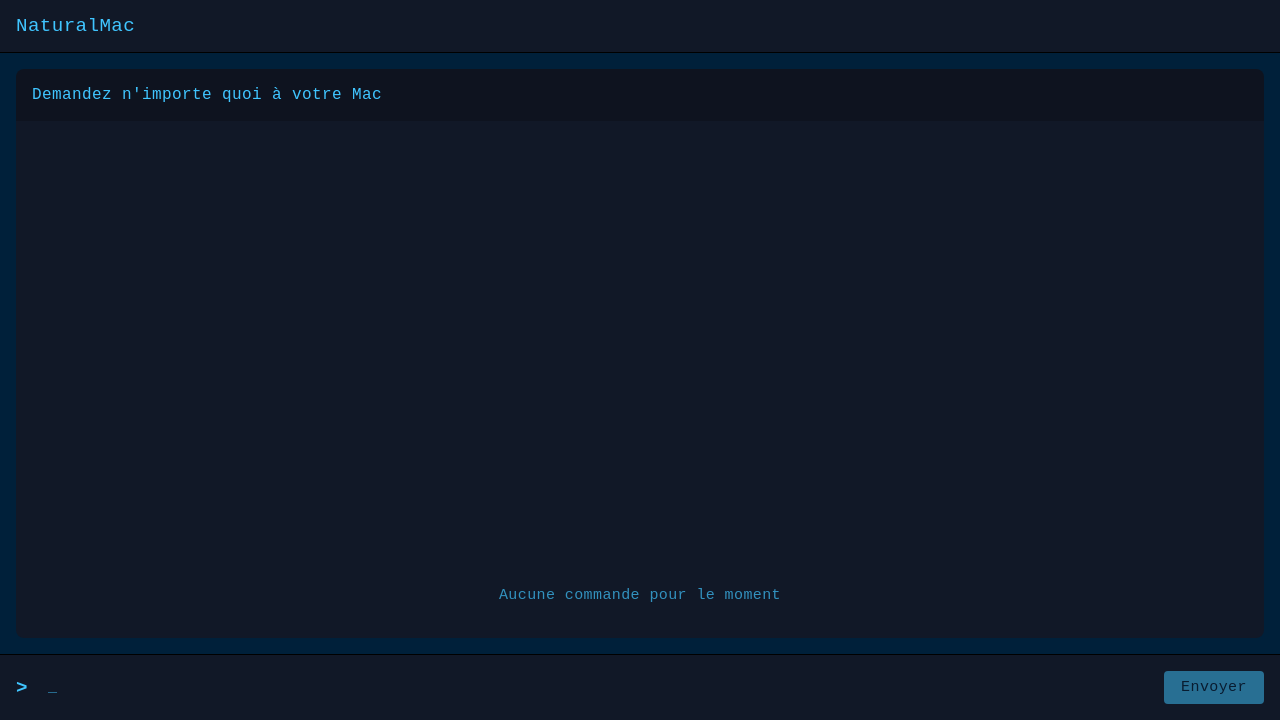
Repository: flobutbut/NaturalMac
Page: /
These files come from the project's save history. The page is drawn as it stood at one moment and after a run of saves; the edit follows.
The browser window is 1280 px wide. The pictures show the whole page.
The page's requests for data from a server got no answer. The project was rebuilt for these pictures with package versions that can differ from the ones it lists, and the page was loaded fresh each time. No one was signed in, and anything a server would have sent is missing. Also part of the build but not shown: vite.config.ts, src/components/command/CommandItem.vue.

Above is the page before, as saved 2025-03-10 22:18:13.

After the next 2 saves:
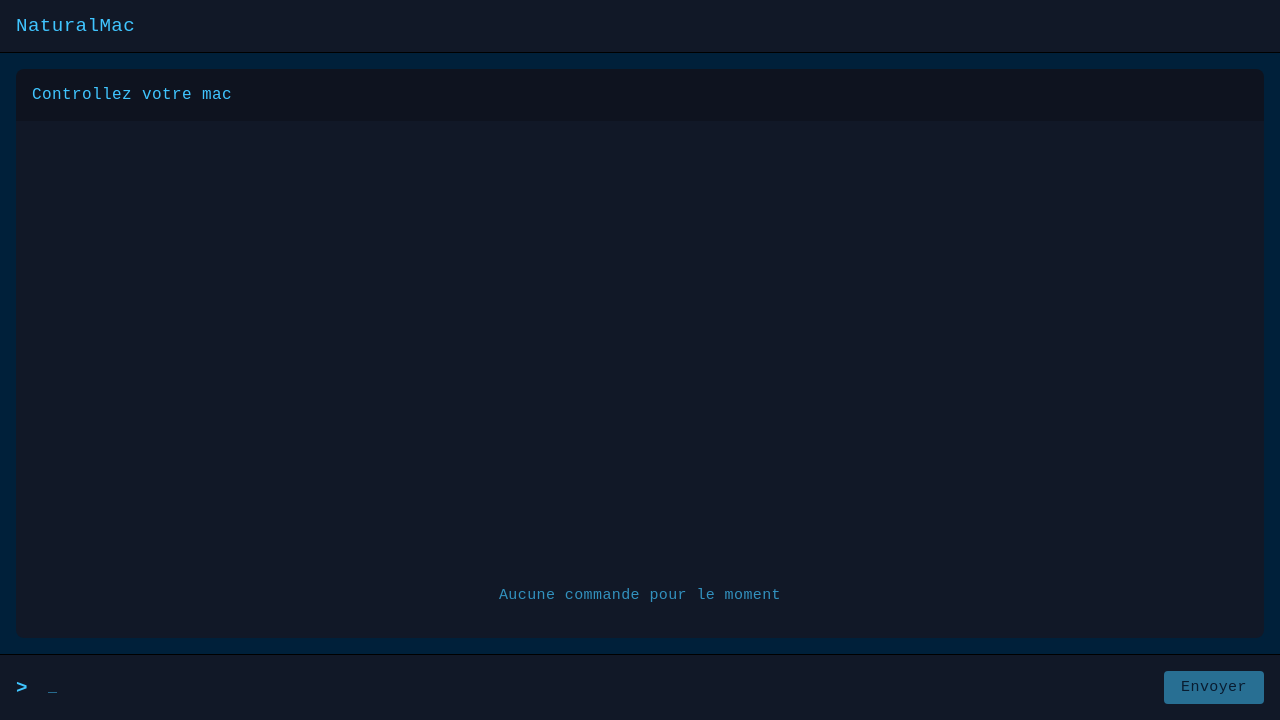
The 2 saves are shown as one change because they came seconds apart.
The last was saved 54 s later.
--- a/src/locales/fr.ts
+++ b/src/locales/fr.ts
@@ -28,7 +28,7 @@ export default {
       cancel: 'Annuler'
     },
     history: {
-      title: 'Demandez n\'importe quoi à votre Mac',
+      title: 'Controllez votre mac',
       empty: 'Aucune commande pour le moment',
       clear: 'Effacer l\'historique',
       confirmClear: 'Êtes-vous sûr de vouloir effacer tout l\'historique ?'
